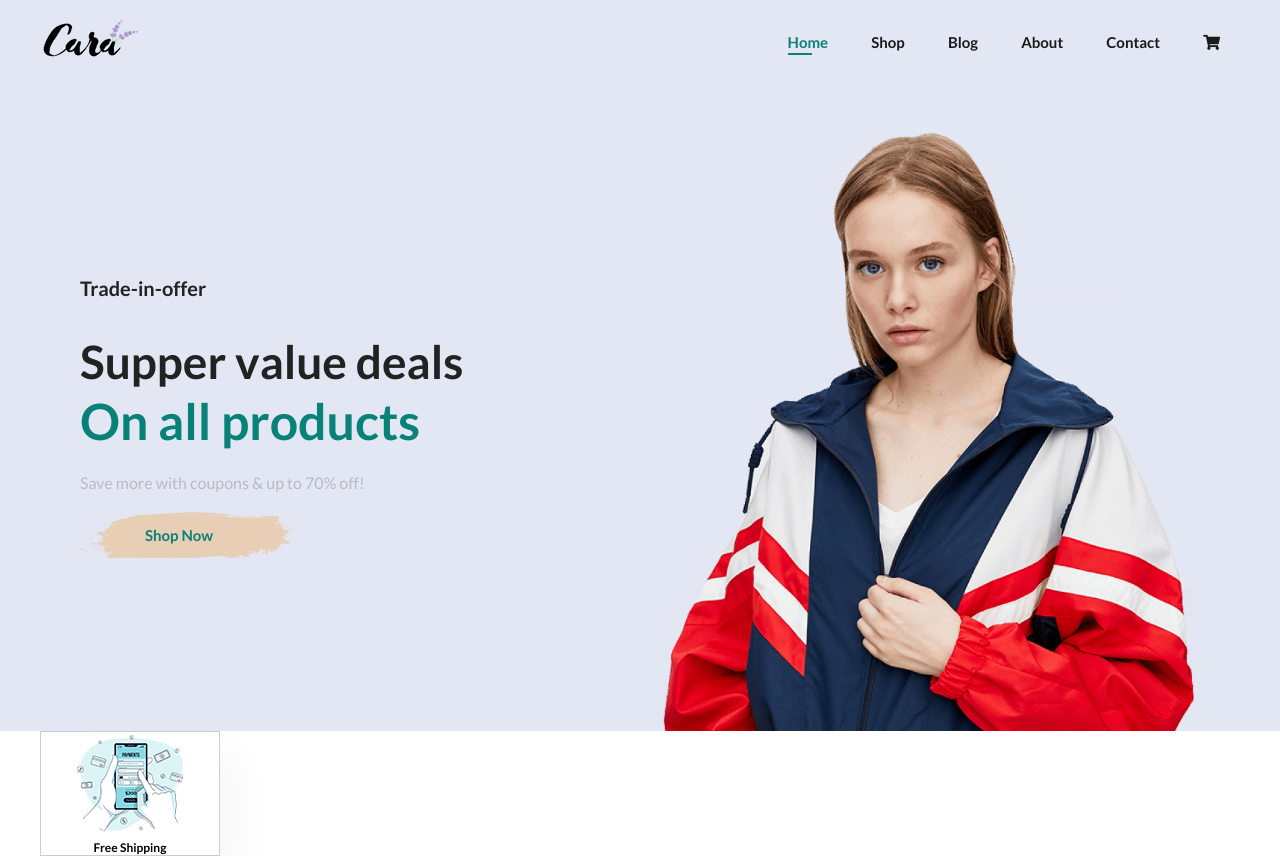
Repository: Nguyenductuan-dev/Website-Clothes
Page: index.html
These files come from the project's save history. The page is drawn as it stood at one moment and after the next save; the edit follows.
The browser window is 1280 px wide. The pictures show the whole page.

Above is the page before, as saved 2022-04-25 23:57:10.

### index.html
<!DOCTYPE html>
<html lang="en">
<head>
    <meta charset="UTF-8">
    <meta http-equiv="X-UA-Compatible" content="IE=edge">
    <meta name="viewport" content="width=device-width, initial-scale=1.0">
    <link rel="shortcut icon" href="assets/imgs/favicon.png" type="image/x-icon">
    <link rel="stylesheet" href="https://cdnjs.cloudflare.com/ajax/libs/font-awesome/5.15.1/css/all.min.css" />
    <link rel="preconnect" href="https://fonts.googleapis.com">
    <link rel="preconnect" href="https://fonts.gstatic.com" crossorigin>
    <link href="https://fonts.googleapis.com/css2?family=Lato:wght@400;700&family=Montserrat:ital,wght@0,200;0,300;0,400;0,500;0,600;0,700;1,600&display=swap" rel="stylesheet">
    <link rel="stylesheet" href="assets/css/style.css">
    <title>Website Clothes</title>
</head>
<body>
    <!-- ======================= HEADER ====================== -->
    <header class="header " id="header">
        <div class="header__container container">
            <a href="index.html" class="header__logo">
                <img src="assets/images/logo.png" alt="" class="header__logo-img">
            </a>

            <div class="navbar" id="navbar">
                <ul class="navbar__list">
                    <li class="navbar__item ">
                        <a href="index.html" class="navbar__link navbar__active">Home</a>
                    </li>
                    <li class="navbar__item">
                        <a href="shop.html" class="navbar__link">Shop</a>
                    </li>
                    <li class="navbar__item">
                        <a href="blog.html" class="navbar__link">Blog</a>
                    </li>
                    <li class="navbar__item">
                        <a href="about.html" class="navbar__link">About</a>
                    </li>
                    <li class="navbar__item">
                        <a href="contact.html" class="navbar__link">Contact</a>
                    </li>
                    <li class="navbar__item">
                        <a href="cart.html" class="navbar__link">
                            <i class="fas fa-shopping-cart"></i>
                        </a>
                    </li>
                </ul>
            </div>
        </div>
    </header>

    <!-- ======================= BANNER ====================== -->
    <section class="banner" id="banner">
        <div class="banner__container container">
            <h4>Trade-in-offer</h4>
            <h2>Supper value deals</h2>
            <h1>On all products</h1>
            <p>Save more with coupons & up to 70% off!</p>
            <button class="banner__btn">
                Shop Now
            </button>
        </div>
    </section>
    <section class="feature container" id="feature">
        <div class="feature__box">
            <img src="assets/images/features/f1.png" alt="" class="feature__img">
            <h6 class="feature__title">Free Shipping</h6>
        </div>
    </section>

    <script src="assets/js/main.js"></script>
</body>
</html>

### assets/css/style.css
* {
    margin: 0;
    padding: 0;
    box-sizing: border-box;
    font-family: 'Lato', sans-serif;
}
h1 {
    font-size: 50px;
    line-height: 64px;
    color: #222;
}
h2 {
    font-size: 46px;
    line-height: 54px;
    color: #222;
}

h4 {
    font-size: 20px;
    line-height: 64px;
    color: #222;
}
h6 {
    font-weight: 700;
    font-size: 12px;
}
p {
    font-size: 16px;
    color: #4444;
}
body {
    width: 100%;
}
.container {
    max-width: 1200px;
    margin: auto;
}
/* ================ HEADER =================== */
.header {
    background-color: #e3e6f3;
    box-shadow: 0 5px 15px rgba(0, 0, 0, .06);
    padding: 20px 0;
}
.header__container {
    max-width: 1200px;
    display: flex;
    justify-content: space-between;
    align-items: center;
    margin: auto;
}
.navbar {
    display: inline-block;
}
.navbar__item {
    display: inline-block;
    list-style: none;
    padding: 0 20px;
    position: relative;
}
.navbar__link {
    text-decoration: none;
    color: #1a1a1a;
    font-size: 15px;
    font-weight: 600;
    transition: .3s ease;

}
.navbar__link:hover,
.navbar__link.navbar__active {
    color: #088178;
}
.navbar__active::after,
.navbar__link:hover::after {
    content: '';
    width: 30%;
    height: 2px;
    background-color: #088178;
    position: absolute;
    bottom: -4px;
    left: 20px;
}
.scroll-header {
    position: fixed;
    top: 0;
    left: 0;
    width: 100%;
    padding: 10px 0;
    transition: .4s;
}
/* ================ BANNER =================== */
.banner {
    background-image: url('../images/hero4.png');
    width: 100%;
    background-position: top 25% right 0;
    background-size: cover;
    padding: 0 80px;
}
.banner__container {
    display: flex;
    height: 90vh;
    flex-direction: column;
    align-items: flex-start;
    justify-content: center;
}
.banner__container h4 {
    padding-bottom: 15px;
}
.banner__container h1 {
    color: #088178;
}
.banner__container p {
    padding: 20px 0;
}
.banner__container .banner__btn {
    background-image: url('../images/button.png');
    background-color: transparent;
    color: #088178;
    border: none;
    padding: 14px 80px 14px 65px;
    background-repeat: no-repeat;
    cursor: pointer;
    font-weight: 700;
    font-size: 15px;
}
/* ================ FEATURE =================== */
.feature {

}
.feature__box {
    width: 180px;
    box-shadow: 20px 20px 34px rgba(0, 0, 0, .03);
    border: 1px solid #ccc;
    text-align: center;
}

### assets/js/main.js
/* ================ SCROLL HEADER ================*/
function scrollheader() {
    let header = document.getElementById('header');
    if (this.scrollY >= 200) {
        header.classList.add('scroll-header');
    }
    else {
        header.classList.remove('scroll-header');
    }
}
window.addEventListener('scroll', scrollheader);

After the next save:
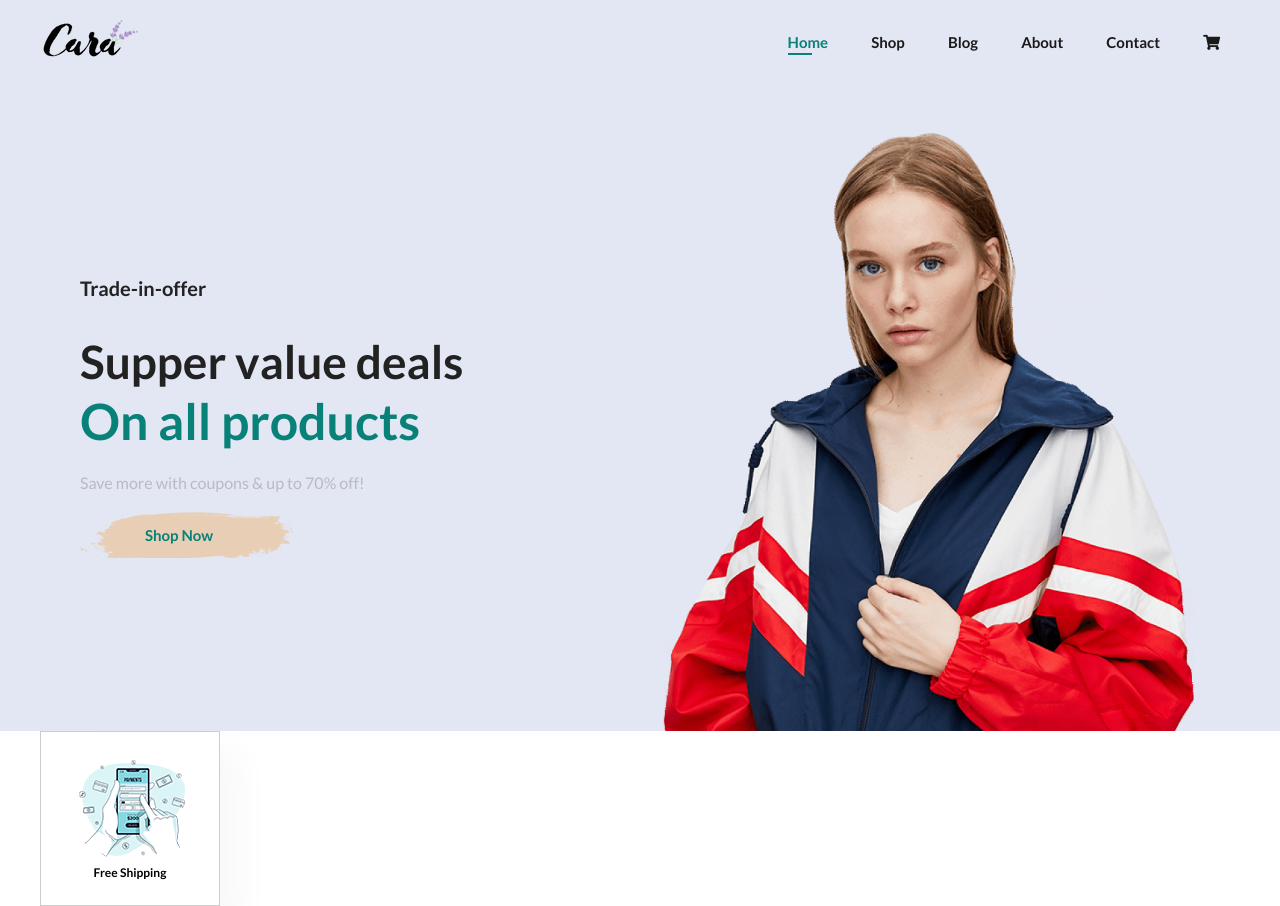
Saved 26 s later.
--- a/assets/css/style.css
+++ b/assets/css/style.css
@@ -131,4 +131,5 @@ body {
     box-shadow: 20px 20px 34px rgba(0, 0, 0, .03);
     border: 1px solid #ccc;
     text-align: center;
+    padding: 25px 15px;
 }
